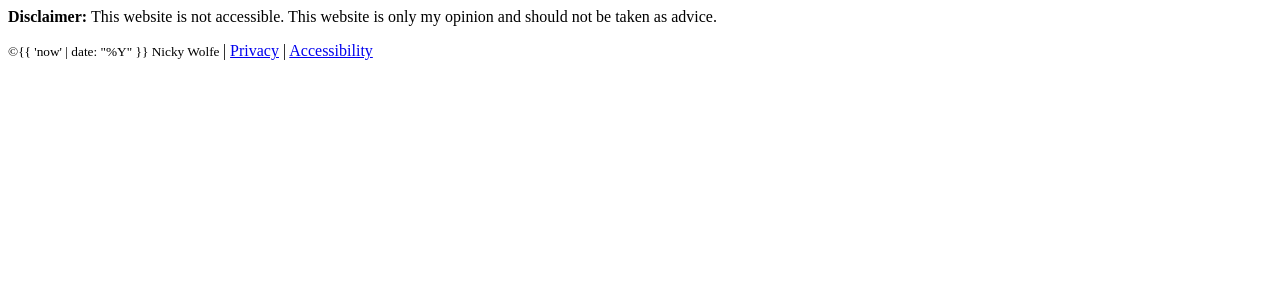
Repository: nikkitaylorwolfe/wcag-in-english
Page: _includes/footer.html
The author's editor kept a copy of each file at every save. The page is drawn from the files as they stood at one save, then again after the next save.
The browser window is 1280 px wide. The pictures show the whole page.

Above is the page before, as saved 2022-11-17 17:42:36.

### _includes/footer.html
<footer class="main-footer wo-full pv">
    <p class="p col-1-7 m-col-1-9 s-col-1-5">
        <strong>
            Disclaimer:
        </strong>
        This website is not accessible. This website is only my opinion and should not be taken as advice.
    </p>
    <div class="p col-7-13 m-col-1-9 s-col-1-5">
        <small class="editable">©{{ 'now' | date: "%Y" }} Nicky Wolfe </small>  |
        <a class="editable" href="/privacy/">Privacy</a>  |
        <a class="editable" href="/accessibility/">Accessibility</a>
    </div>
</footer>
</body>
</html>

After the next save:
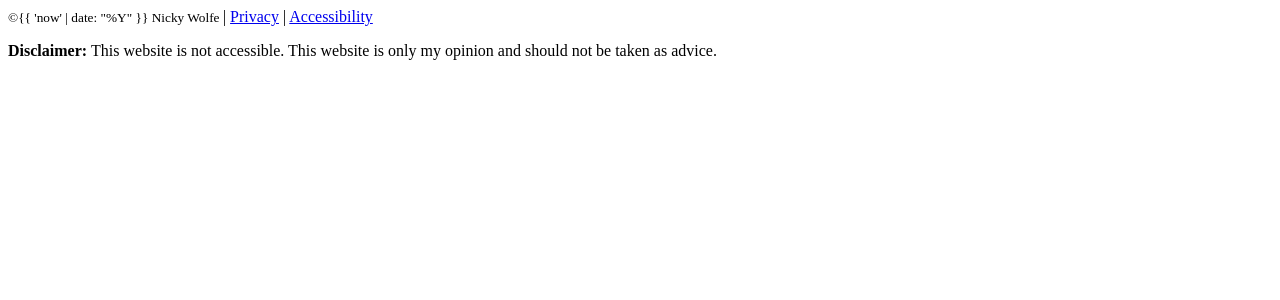
Saved 25 s later.
--- a/_includes/footer.html
+++ b/_includes/footer.html
@@ -1,15 +1,15 @@
 <footer class="main-footer wo-full pv">
-    <p class="p col-1-7 m-col-1-9 s-col-1-5">
+    <div class="p col-1-7 m-col-1-9 s-col-1-5">
+        <small class="editable">©{{ 'now' | date: "%Y" }} Nicky Wolfe </small>  |
+        <a class="editable" href="/privacy/">Privacy</a>  |
+        <a class="editable" href="/accessibility/">Accessibility</a>
+    </div>
+    <p class="p col-7-13 m-col-1-9 s-col-1-5">
         <strong>
             Disclaimer:
         </strong>
         This website is not accessible. This website is only my opinion and should not be taken as advice.
     </p>
-    <div class="p col-7-13 m-col-1-9 s-col-1-5">
-        <small class="editable">©{{ 'now' | date: "%Y" }} Nicky Wolfe </small>  |
-        <a class="editable" href="/privacy/">Privacy</a>  |
-        <a class="editable" href="/accessibility/">Accessibility</a>
-    </div>
 </footer>
 </body>
 </html>
